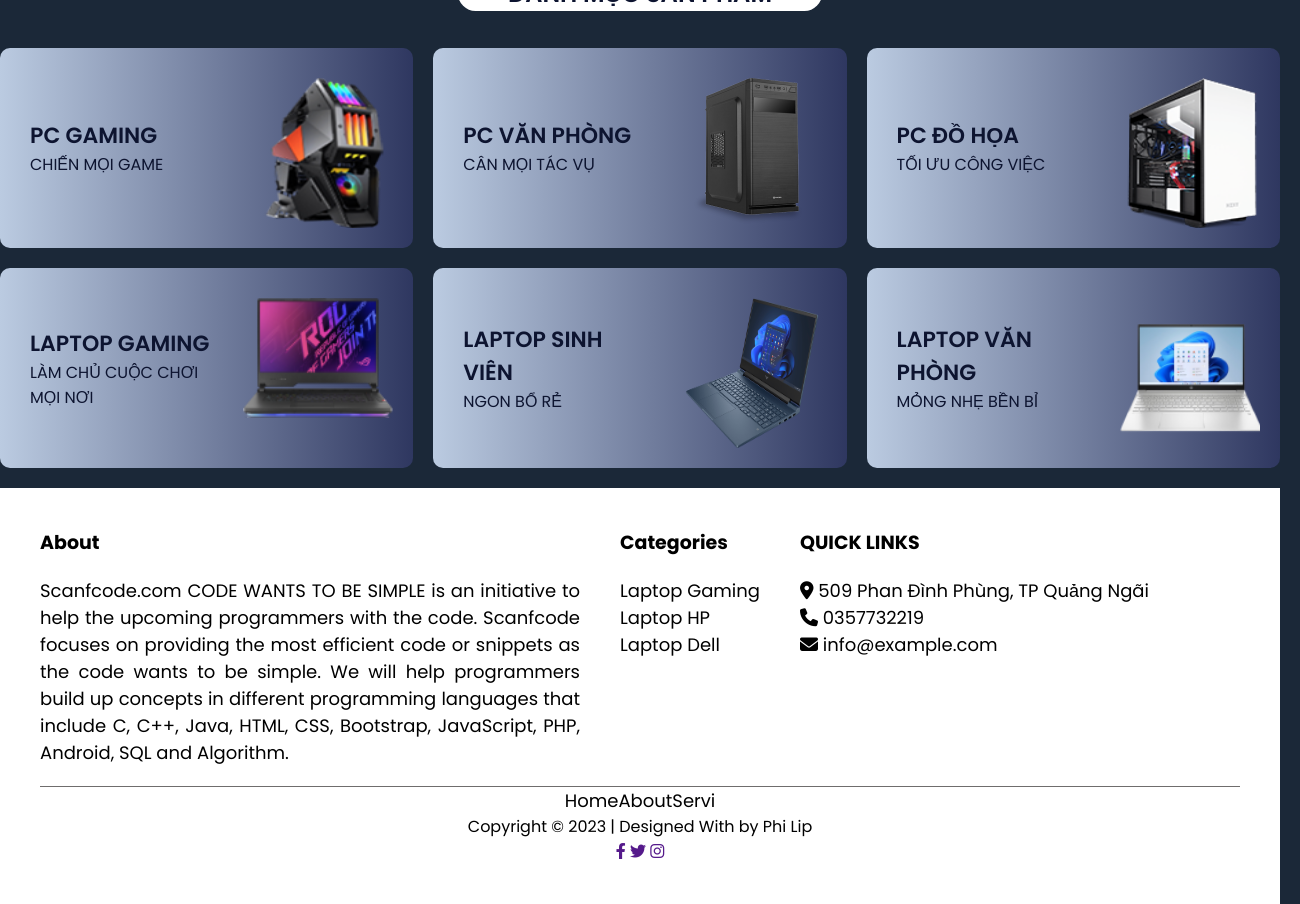
Repository: HPNChanel/DACS
Page: index.html
An editor plug-in stored every save of this project. The page is shown before and after the next save, followed by the edit.
The browser window is 1280 px wide. The page is 1300 px wide, so the pictures cover 1300 px, including what lies to the right of the window. The pictures show the part of the page from y = 672 to 1596 px (the page is 1576 px tall before and 1596 px after).

Above is the page before, as saved 2023-04-11 15:22:44.

After the next save:
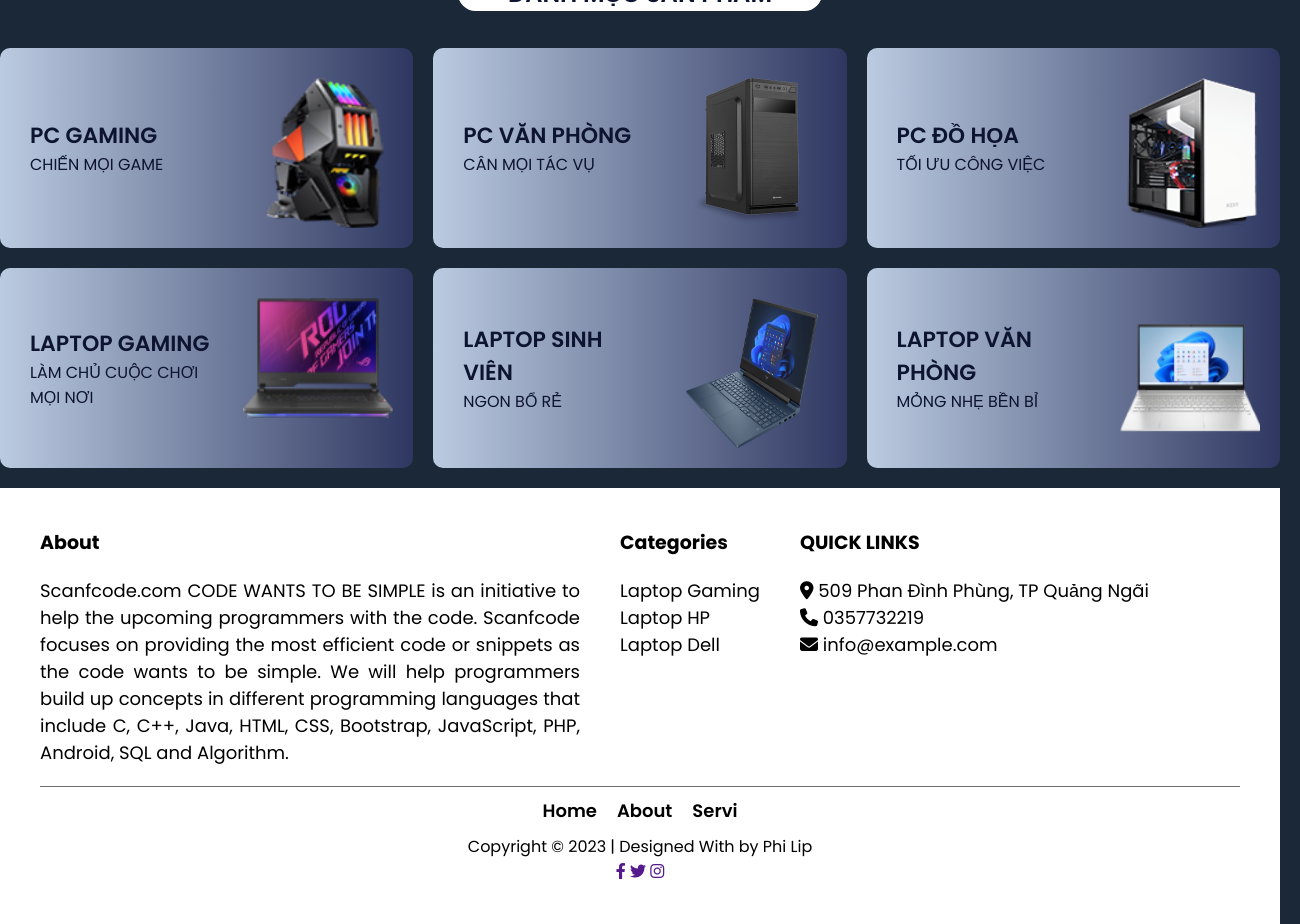
Saved 15 s later.
--- a/style/main.css
+++ b/style/main.css
@@ -217,4 +217,6 @@ h6 {
 .footer-nav a {
     font-size: 18px;
     color: black;
-}
+    font-weight: 600;
+    margin: 10px;
+}
